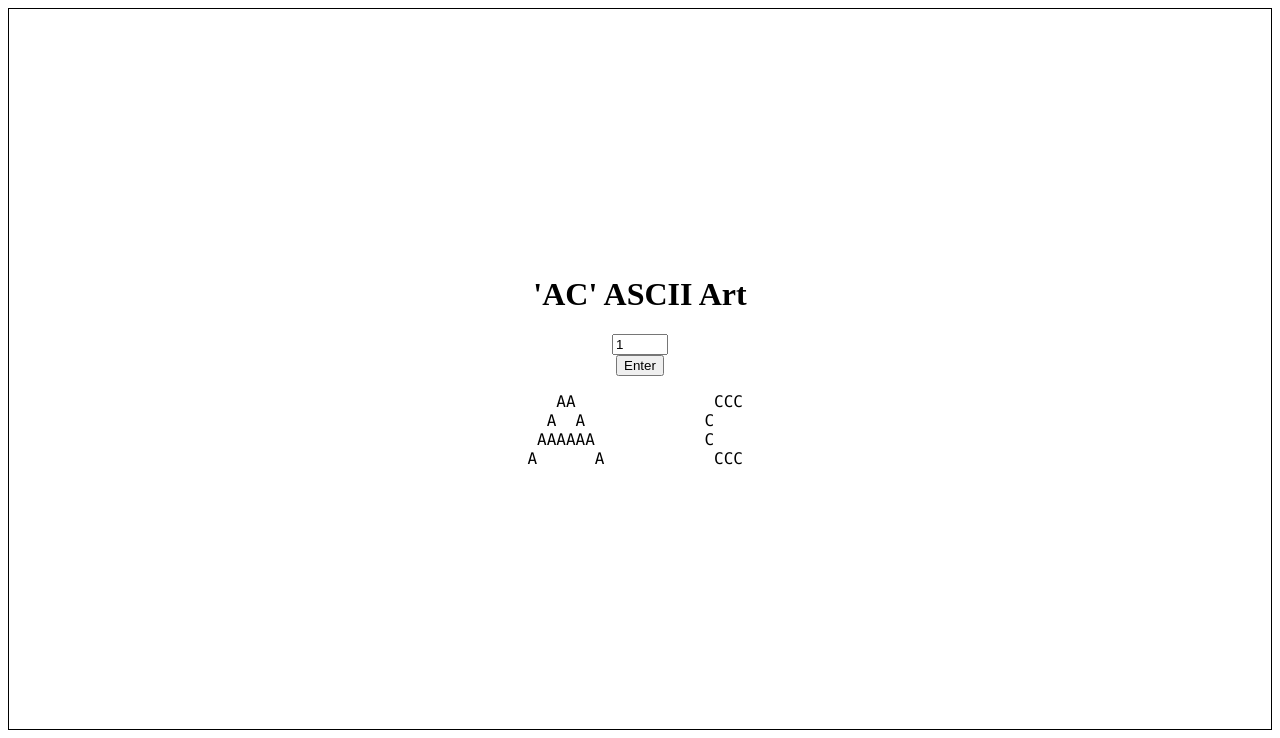
Repository: Achorn/ascii-art
Page: index.html
These files come from the project's save history. The page is drawn as it stood at one moment and after the next save; the edit follows.
The browser window is 1280 px wide. The pictures show the whole page.

Above is the page before, as saved 2021-08-10 08:48:40.

After the next save:
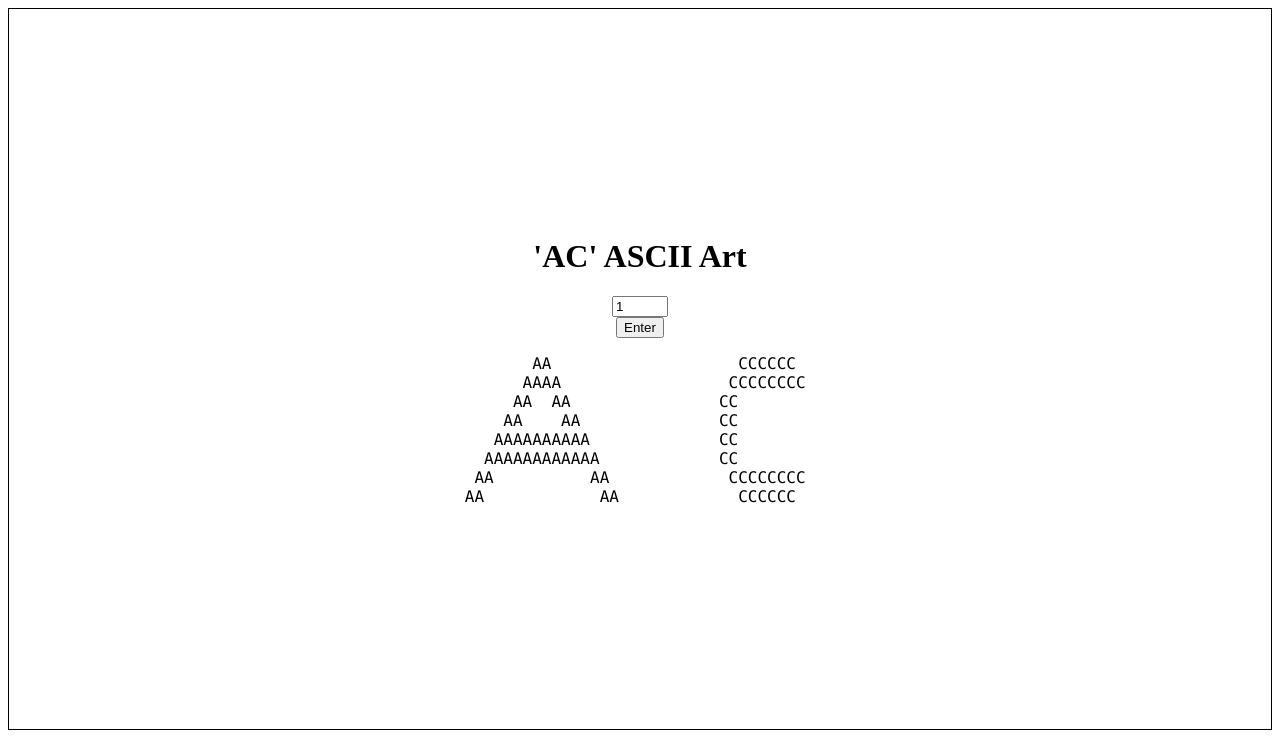
Saved 39 s later.
--- a/myscripts.js
+++ b/myscripts.js
@@ -121,7 +121,7 @@ let monoC = document.getElementById("mono-c");
 let scaleInput = document.getElementById("scale-input");
 //SCALE AND RESIZE
 //A
-let scale = 1;
+let scale = 2;
 
 let scaledFour = scaleSpread([...fourA], scale);
 trimA(scaledFour, scale);
